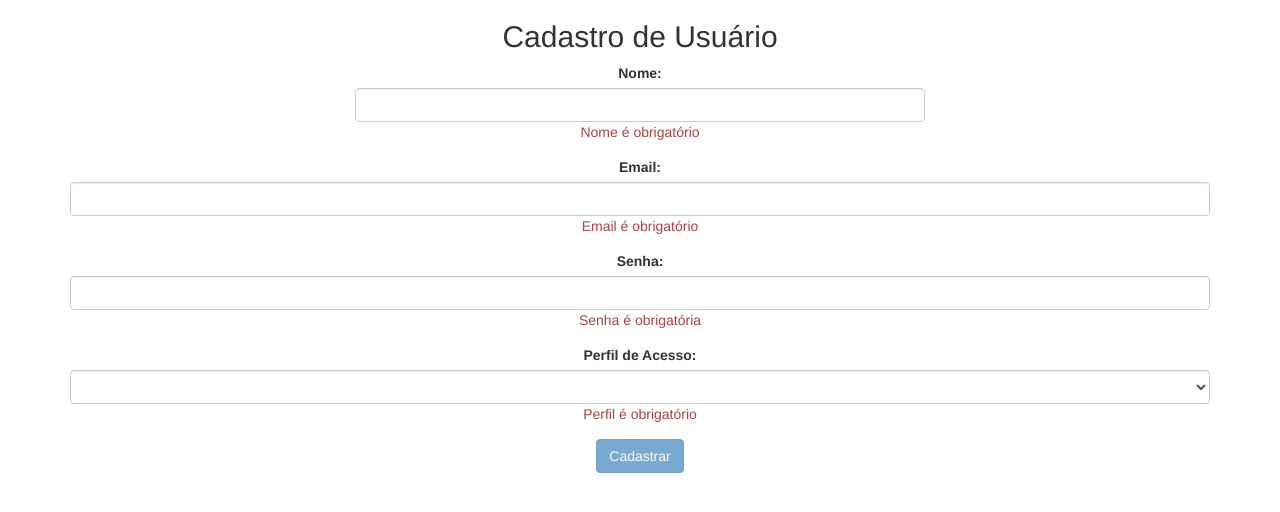
Repository: AndersonSchinemann/ProjetoSaas
Page: TopData/src/main/resources/static/views/cadastro.html
The author's editor kept a copy of each file at every save. The page is drawn from the files as they stood at one save, then again after the next save.
The browser window is 1280 px wide. The pictures show the whole page.

Above is the page before, as saved 2023-11-13 15:11:08.

After the next save:
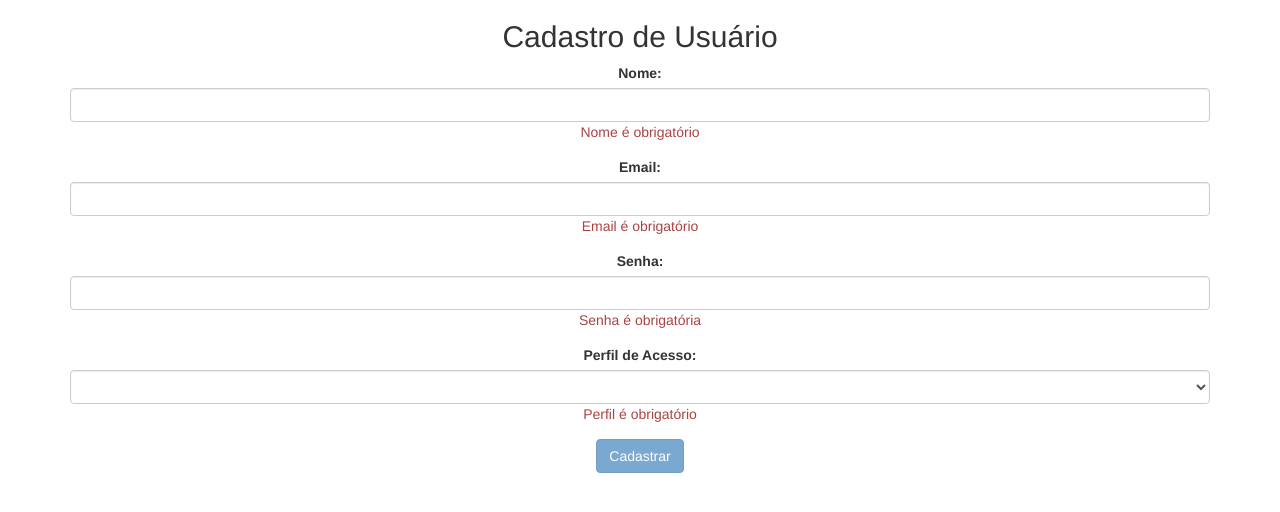
Saved 60 s later.
--- a/TopData/src/main/resources/static/views/cadastro.html
+++ b/TopData/src/main/resources/static/views/cadastro.html
@@ -8,7 +8,7 @@
 <style>
   /* Adicione um estilo personalizado para ajustar a largura dos inputs */
   .custom-width-input {
-    width: 50%; /* Largura desejada */
+    width: 100%; /* Largura desejada */
     margin: auto; /* Para centralizar horizontalmente */
   }
 </style>
